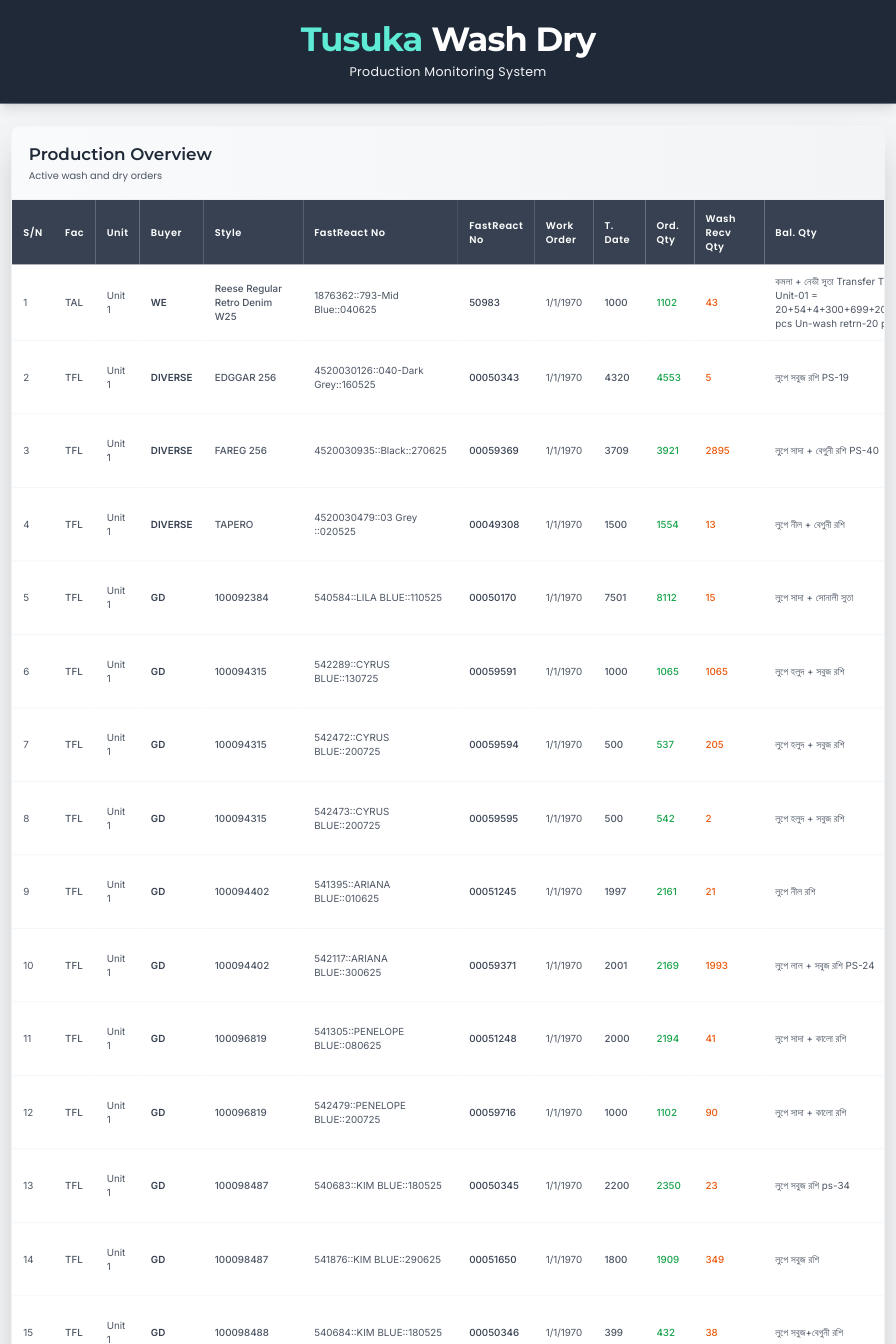
Repository: AhmedMuktadir14218/TusukaDryWash
Page: 1st Wash/index.html
An editor plug-in stored every save of this project. The page is shown before and after the next save, followed by the edit.
The browser window is 1280 px wide. The pictures show the part of the page from y = 0 to 1920 px (the page is 4107 px tall), at 70% of full size.
Some web libraries are served in a nearby version.

Above is the page before, as saved 2025-07-01 11:45:23.

After the next save:
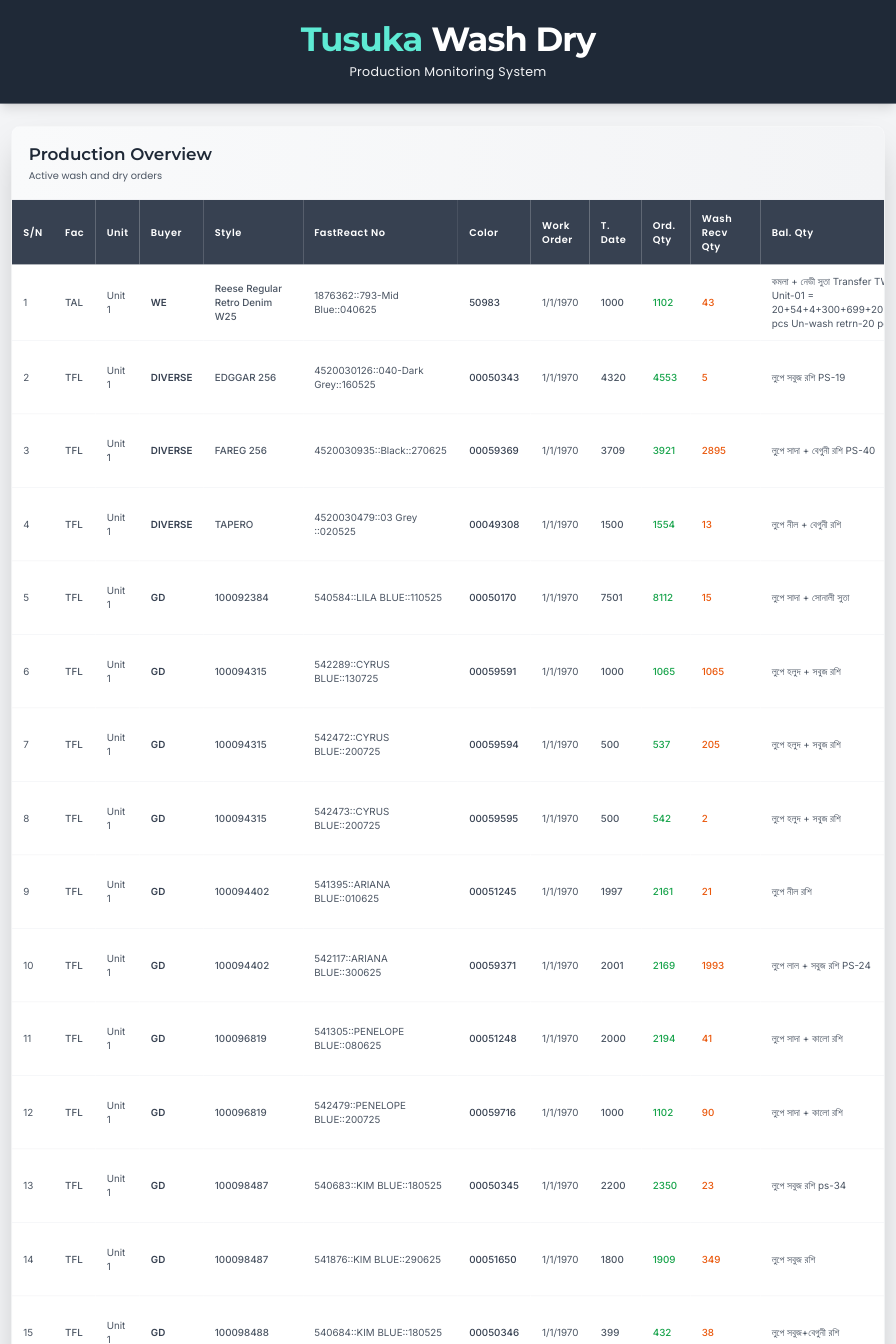
Saved 6 s later.
--- a/1st Wash/index.html
+++ b/1st Wash/index.html
@@ -75,7 +75,7 @@
                             <th class="px-4 py-4 font-semibold text-left tracking-wider">Buyer</th>
                             <th class="px-4 py-4 font-semibold text-left tracking-wider">Style</th>
                             <th class="px-4 py-4 font-semibold text-left tracking-wider">FastReact No</th>
-                            <th class="px-4 py-4 font-semibold text-left tracking-wider">FastReact No</th>
+                            <th class="px-4 py-4 font-semibold text-left tracking-wider">Color</th>
                             <th class="px-4 py-4 font-semibold text-left tracking-wider">Work Order</th>
                             <th class="px-4 py-4 font-semibold text-left tracking-wider">T. Date</th>
                             <th class="px-4 py-4 font-semibold text-left tracking-wider">Ord. Qty</th>
